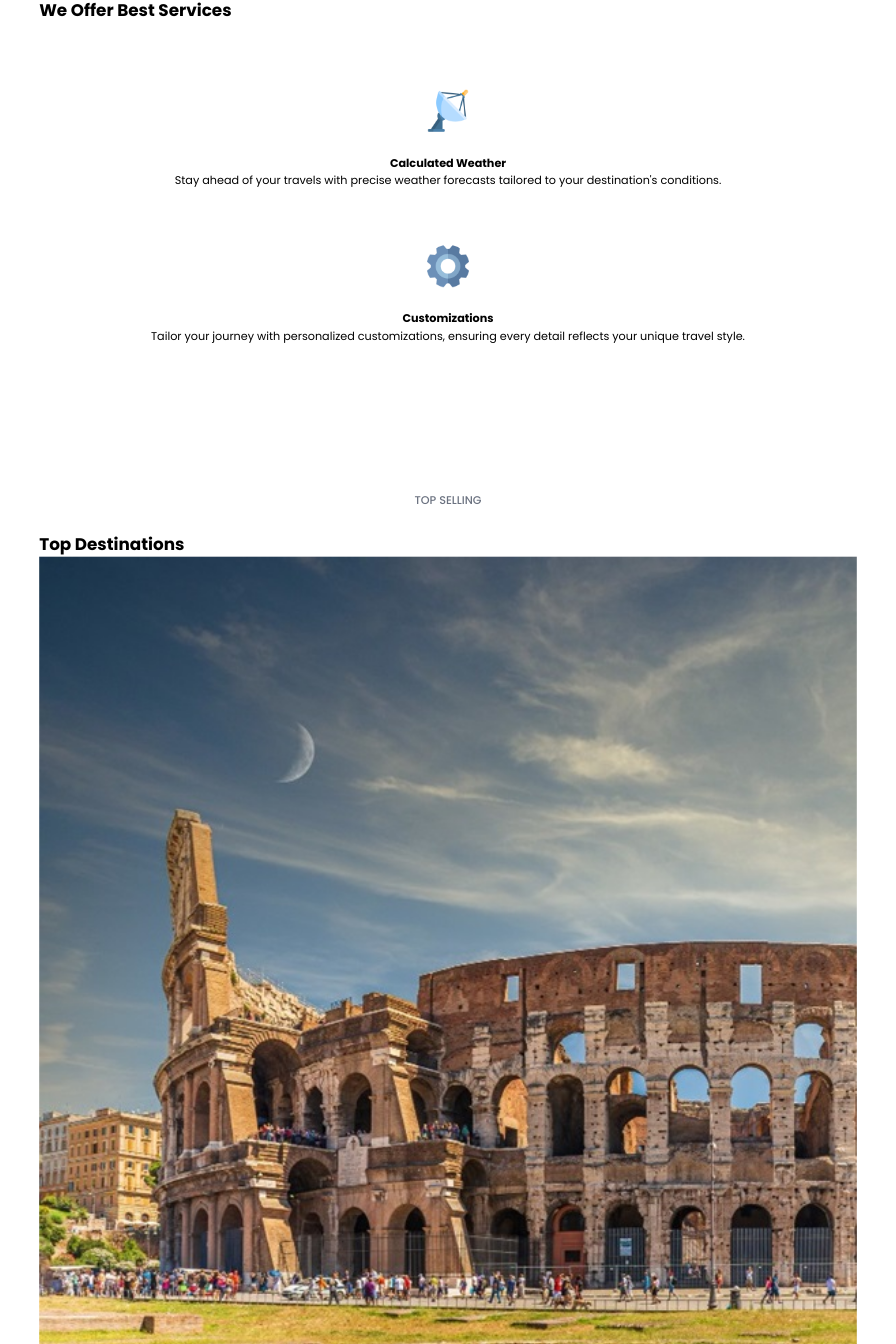
Repository: ntandomagana/travel-website
Page: index.html
The author's editor kept a copy of each file at every save. The page is drawn from the files as they stood at one save, then again after a run of saves.
The browser window is 1280 px wide. The pictures show the part of the page from y = 1396 to 3316 px (the page is 9335 px tall before and 9367 px after), at 70% of full size.

Above is the page before, as saved 2024-05-07 13:20:46.

### index.html
<!DOCTYPE html>
<html lang="en">
  <head>
    <meta charset="UTF-8" />
    <meta name="viewport" content="width=device-width, initial-scale=1.0" />
    <link
      href="https://cdn.jsdelivr.net/npm/remixicon@4.2.0/fonts/remixicon.css"
      rel="stylesheet"
    />
    <link
      rel="stylesheet"
      href="https://cdn.jsdelivr.net/npm/swiper@11/swiper-bundle.min.css"
    />
    <link rel="stylesheet" href="style.css" />
    <title>Travel Website</title>
  </head>
  <body>
    <nav>
      <div class="nav-header">
        <div class="logo">
          <a href="#" class="logo">Travel<span>S</span>.</a>
        </div>
        <div class="nav-menu-btn" id="menu-btn">
          <i class="ri-menu-line"></i>
        </div>
      </div>

      <ul class="nav-links" id="nav-links">
        <li><a href="#home">Home</a></li>
        <li><a href="#service">Services</a></li>
        <li><a href="#destination">Destinations</a></li>
        <li><a href="#trips">Trips</a></li>
        <li><a href="#client">Clients</a></li>
      </ul>
    </nav>

    <header class="section-container header-container" id="home">
      <div class="header-image">
        <img src="assets/header.png" alt="header" />
      </div>
      <div class="header-content">
        <h3 class="section-subheader">BEST DESTINATIONS AROUND THE WORLD</h3>
        <h1>Travel, enjoy and live a new full life</h1>
        <p>
          It's an invitation to break free from the ordinary, immerse yourself
          in diverse cultures, and embrace the beauty of the world around you.
          Let every journey be a chapter in your story of living life to its
          fullest potential.
        </p>
        <div class="header-btns">
          <button class="btn">Find out more</button>
          <a href="#">
            <span><i class="ri-play-fill"></i></span>
            Play Demo
          </a>
        </div>
      </div>
    </header>

    <section class="section-container service-container" id="service">
      <h3 class="section-subheader">CATEGORY</h3>
      <h2 class="section-header">We Offer Best Services</h2>
      <div class="service-grid">
        <div class="service-card">
          <img src="assets/weather.png" alt="service" />
          <h4>Calculated Weather</h4>
          <p>
            Stay ahead of your travels with precise weather forecasts tailored
            to your destination's conditions.
          </p>
        </div>
        <div class="service-card">
          <img src="assets/customisation.png" alt="service" />
          <h4>Customizations</h4>
          <p>
            Tailor your journey with personalized customizations, ensuring every
            detail reflects your unique travel style.
          </p>
        </div>
      </div>
    </section>

    <section class="section-container destination-container" id="destination">
      <h3 class="section-subheader">TOP SELLING</h3>
      <h2 class="section-header">Top Destinations</h2>
      <div class="destination-grid">
        <div class="destination-card">
          <img src="assets/destination-1.jpg" alt="destination" />
          <div class="destination-details">
            <div>
              <h4>Rome, Italy</h4>
              <h4>$5.42k</h4>
            </div>
            <p>
              <span><i class="ri-navigation-fill"></i></span>
              10 days trip
            </p>
          </div>
        </div>
        <div class="destination-card">
          <img src="assets/destination-3.jpg" alt="destination" />
          <div class="destination-details">
            <div>
              <h4>Full Europe</h4>
              <h4>$15k</h4>
            </div>
            <p>
              <span><i class="ri-navigation-fill"></i></span>
              28 Days Trip
            </p>
          </div>
        </div>
      </div>
    </section>

    <section class="section-container trip-container" id="trip">
      <div class="trip-image">
        <img src="assets/trip.png" />
      </div>
      <div class="trip-content">
        <h3 class="section-subheader">EASY & FAST</h3>
        <h2 class="section-header">Book Your Next Trip in 3 Easy Steps</h2>
        <ul class="trip-list">
          <li>
            <span><i class="ri-signpost-line"></i></span>
            <div>
              <h4>Choose Destination</h4>
              <p>
                Choose your dream destination from our curated selection of
                exotic locales, bustling cities, and serene getaways.
              </p>
            </div>
          </li>

          <li>
            <span><i class="ri-secure-payment-line"></i></span>
            <div>
              <h4>Reach Airport on Selected Date</h4>
              <p>
                Prepare for takeoff as you finalize your travel plans, arriving
                at the airport on your selected date ready to embark on your
                next unforgettable journey.
              </p>
            </div>
          </li>
        </ul>
      </div>
    </section>

    <section class="section-container clinet-container" id="client">
      <div class="client-content">
        <h3 class="section-subheader">TESTIMONIALS</h3>
        <h2 class="section-header">What People Say About Us</h2>
      </div>
      <div class="client-swiper">
        <!--Slider main container-->
        <div class="swiper">
          <!--Additional required wrapper-->
          <div class="swiper-wrapper">
            <!--Slides-->
            <div class="swiper-slide">
              <div class="client-card">
                <img src="assets/client-1.jpg" alt="client" />
                <div class="client-card-content">
                  <p>
                    Booking my trips through this platform has been a
                    game-changer! From the intuitive interface to the seamless
                    booking process, I've never felt more excited to explore new
                    destinations.
                  </p>
                  <h4>Emily Watson</h4>
                  <h5>Travel Enthusiast</h5>
                </div>
              </div>
            </div>
            <div class="swiper-slide">
              <div class="client-card">
                <img src="assets/client-2.jpg" alt="client" />
                <div class="client-card-content">
                  <p>
                    As a busy professional, time is of the essence. This website
                    made planning my vacation a breeze, allowing me to focus on
                    what matters most: making memories with my family.
                  </p>
                  <h4>David Nguyen</h4>
                  <h5>Business Executive</h5>
                </div>
              </div>
            </div>

            <div class="swiper-slide">
              <div class="client-card">
                <img src="assets/client-3.jpg" alt="client" />
                <div class="client-card-content">
                  <p>
                    I've been using this service for years, and it never
                    disappoints. The convenience of booking my flights,
                    accommodations, and activities all in one place saves me
                    time and stress every trip.
                  </p>
                  <h4>Michael Johnson</h4>
                  <h5>Frequent Flyer</h5>
                </div>
              </div>
            </div>
          </div>
        </div>
      </div>
    </section>

    <footer class="footer">
      <div class="section-container footer-container">
        <div class="footer-col">
          <div class="footer-logo">
            <a href="#" class="logo">Travel<span>S</span>.</a>
          </div>
          <p>
            Our platform is your passport to seamless adventures, offering a
            curated selection of destinations and a user-friendly booking
            experience.
          </p>
        </div>
        <div class="footer-col">
            <h4>Company</h4>
            <ul class="footer-links">
                <li><a href="#">About</a></li>
                <li><a href="#">Careers</a></li>
                <li><a href="#">Mobile</a></li>
            </ul>
        </div>
        <div class="footer-col">
          <h4>Contact</h4>
          <ul class="footer-links">
            <li><a href="#">Help/FAQ</a></li>
            <li><a href="#">Press</a></li>
            <li><a href="#">Affiliates</a></li>
          </ul>
        </div>
        <div class="footer-col">
          <ul class="footer-socials">
            <li>
              <a href="#"><i class="ri-facebook-fill"></i></a>
            </li>
            <li>
              <a href="#"><i class="ri-instagram-line"></i></a>
            </li>
            <li>
              <a href="#"><i class="ri-twitter-fill"></i></a>
            </li>
          </ul>
          <h5>Discover our app</h5>
          <div class="footer-discover">
            <a href="#"><img src="assets/google-play.jpg" alt="discover" /></a>
            <a href="#"><img src="assets/app-store.jpg" alt="discover" /></a>
          </div>
        </div>
      </div>
      <div class="footer-bar">
        Copyright © 2024 TravelS. All rights reserved.
      </div>
    </footer>

    <script src="https://unpkg.com/scrollreveal"></script>
    <script src="https://cdn.jsdelivr.net/npm/swiper@11/swiper-bundle.min.js"></script>
    <script src="main.js"></script>

      </div>

    </footer>
  </body>
</html>

### style.css
@import url("https://fonts.googleapis.com/css2?family=Poppins:ital,wght@0,100;0,200;0,300;0,400;0,500;0,600;0,700;0,800;0,900;1,100;1,200;1,300;1,400;1,500;1,600;1,700;1,800;1,900&display=swap");

:root {
  --primary-color: #e06951;
  --text-dark: #111827;
  --text-light: #6b7280;
  --white: #ffffff;
  --max-width: 1200px;
}

* {
  padding: 0;
  margin: 0;
  box-sizing: border-box;
}

html,
body {
  scroll-behavior: smooth;
}

body {
  font-family: "Poppins", sans-serif;
  background-image: url(assets/header-bg.png);
  background-size: contain;
  background-position: top center;
  background-repeat: no-repeat;
}

nav {
  position: fixed;
  isolation: isolate;
  width: 100%;
  max-width: var(--max-width);
  margin-inline: auto;
  z-index: 9;
}

.nav-header {
  padding: 1rem;
  width: 100%;
  display: flex;
  align-items: center;
  justify-content: space-between;
  background-color: var(--text-dark);
}

.nav-header .logo {
  color: var(--white);
}

.nav-menu-btn {
  font-size: 1rem;
  color: var(--white);
  cursor: pointer;
}

.nav-links {
  position: absolute;
  top: 65px;
  left: 0;
  width: 100%;
  list-style: none;
  display: flex;
  align-items: center;
  justify-content: center;
  flex-direction: column;
  gap: 2rem;
  padding: 2rem;
  background-color: var(--text-dark);
  transition: 0.5s;
  z-index: -1;
  transform: translateY(-100%);
}

.nav-links.open {
  transform: translateY(0);
}

.nav-links a {
  font-weight: 500;
  white-space: nowrap;
  color: var(--white);
}

.nav-links a:hover {
  color: var(--primary-color);
}

.section-container {
  max-width: var(--max-width);
  margin: auto;
  padding: 5rem 1rem;
}

.section-subheader {
  margin-bottom: 1rem;
  font-size: 1rem;
  font-weight: 500;
  line-height: 3.75rem;
  color: var(--text-light);
  text-align: center;
}

.logo {
  font-size: 1.75rem;
  font-weight: 600;
  color: var(--text-dark);
}

.logo span {
  color: var(--primary-color);
}

img {
  display: flex;
  width: 100%;
}

a {
  text-decoration: none;
  transition: 0.4s;
}

ul {
  list-style: none;
}

.header-container {
  display: grid;
  gap: 2rem;
  overflow: hidden;
}

.header-image img {
  max-width: 550px;
  margin-inline: auto;
}

.header-content .section-subheader {
  font-size: 1.2rem;
  color: var(--primary-color);
}

.header-content h1 {
  margin-bottom: 1rem;
  font-size: 4.75rem;
  font-weight: 500;
  line-height: 5.5rem;
  color: var(--text-dark);
  text-align: center;
}

.header-content p {
  margin-bottom: 2rem;
  line-height: 2rem;
  color: var(--text-light);
  text-align: center;
}

.header-btns {
  display: flex;
  align-items: center;
  justify-content: center;
  gap: 2rem;
}

.header-btns .btn {
  padding: 1rem 1.5rem;
  outline: none;
  border: none;
  font-size: 1rem;
  color: var(--white);
  background-color: #f1a501;
  border-radius: 5px;
  box-shadow: 2px 2px 20px rgba(241, 165, 1, 0.5);
  cursor: pointer;
}

.header-btns a {
  display: flex;
  align-items: center;
  gap: 1rem;
  font-size: 1rem;
  font-weight: 500;
  color: var(--text-light);
  transition: 0.3s;
}

.header-btns a:hover {
  color: var(--text-dark);
}

.header-btns a span {
  padding: 6px 12px;
  font-size: 1.5rem;
  color: var(--white);
  background-color: var(--primary-color);
  box-shadow: 2px 2px 20px rgba(224, 105, 81, 0.5);
  border-radius: 100%;
}

.service-grid {
    margin-top: 4rem;
    display: grid;
    gap: 1rem;
}

.service-card {
    padding: 2rem 1rem;
    text-align: center;
    border-radius: 2rem;
    transition: 0.3s;
}

.service-card:hover {
    box-shadow: 10px 10px 30px rgba(0, 0, 0, 0.1);
}

.service-card  img {
    margin-bottom: 2rem;
    max-width: 60px;
    margin-inline: auto;
}

.service-card h4 {

}

Loaded but not shown: main.js (no copy from this time; the picture is the same without it)

After the next 5 saves:
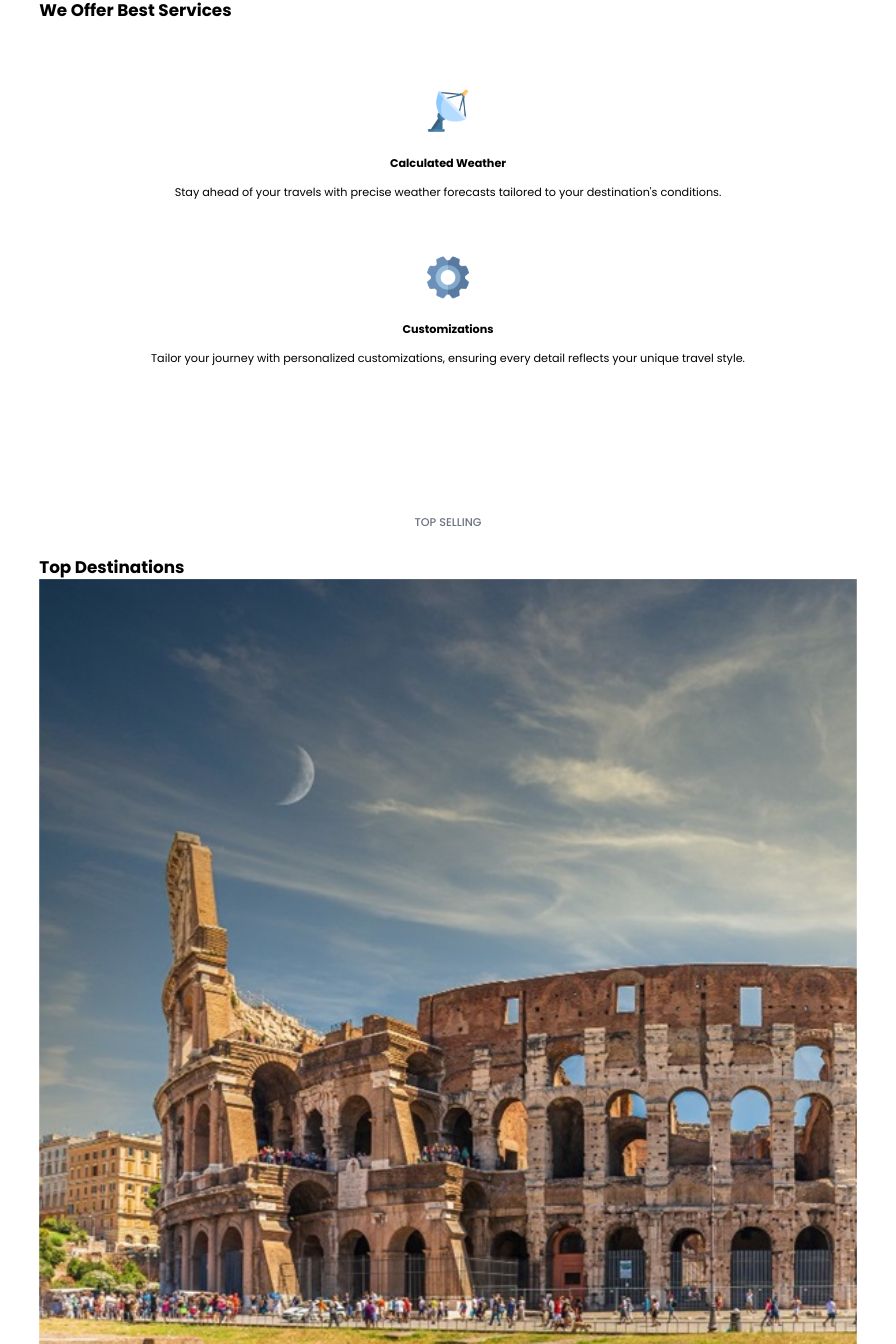
The 5 saves are shown as one change because they came seconds apart.
The last was saved 15 s later.
--- a/style.css
+++ b/style.css
@@ -224,5 +224,6 @@ ul {
 }
 
 .service-card h4 {
-
-}
+    margin-bottom: 1rem;
+    font-size: 1.3;
+}
